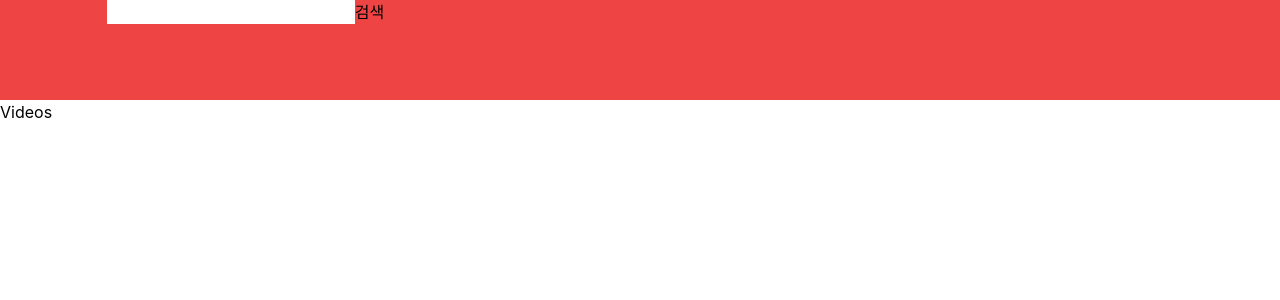
Repository: dnjfht/self-youtube2
Page: /
The author's editor kept a copy of each file at every save. The page is drawn from the files as they stood at one save, then again after the next save.
The browser window is 1280 px wide. The pictures show the whole page.
The project was rebuilt for these pictures with package versions that can differ from the ones it lists, and the page was loaded fresh each time. Also part of the build but not shown: src/pages/NotFoundPage.jsx, src/pages/Detail.jsx.

Above is the page before, as saved 2023-06-28 03:08:37.

After the next save:
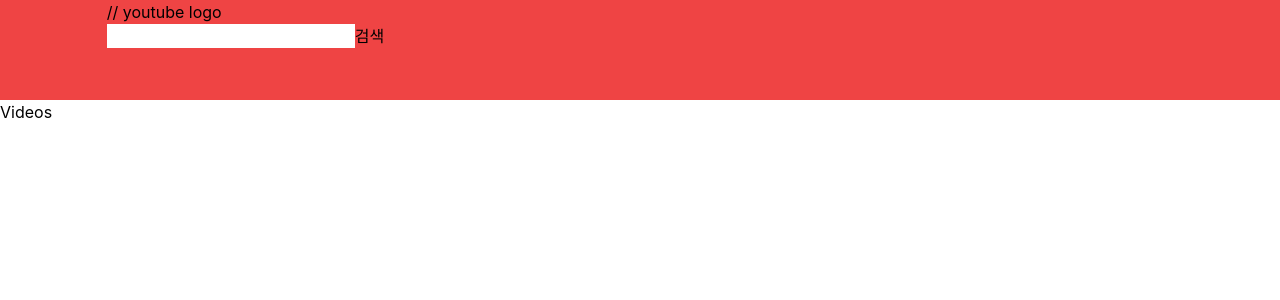
Saved 72 s later.
--- a/src/components/Navbar.jsx
+++ b/src/components/Navbar.jsx
@@ -29,6 +29,8 @@
   return (
     <div className="w-full h-[100px] bg-red-500">
       <div className="w-10/12 h-[100%] mx-auto">
+        // youtube logo
+        <div></div>
         <form onSubmit={handleSearchKeyword}>
           <input type="text" value={text} onChange={handleTextChange} />
           <button>검색</button>

After the save that followed:
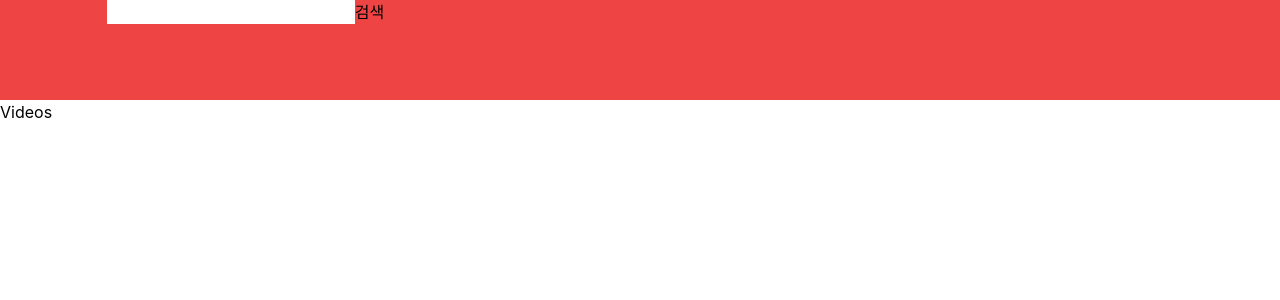
Saved 13 s later.
--- a/src/components/Navbar.jsx
+++ b/src/components/Navbar.jsx
@@ -29,7 +29,7 @@
   return (
     <div className="w-full h-[100px] bg-red-500">
       <div className="w-10/12 h-[100%] mx-auto">
-        // youtube logo
+        {/*youtube logo*/}
         <div></div>
         <form onSubmit={handleSearchKeyword}>
           <input type="text" value={text} onChange={handleTextChange} />
